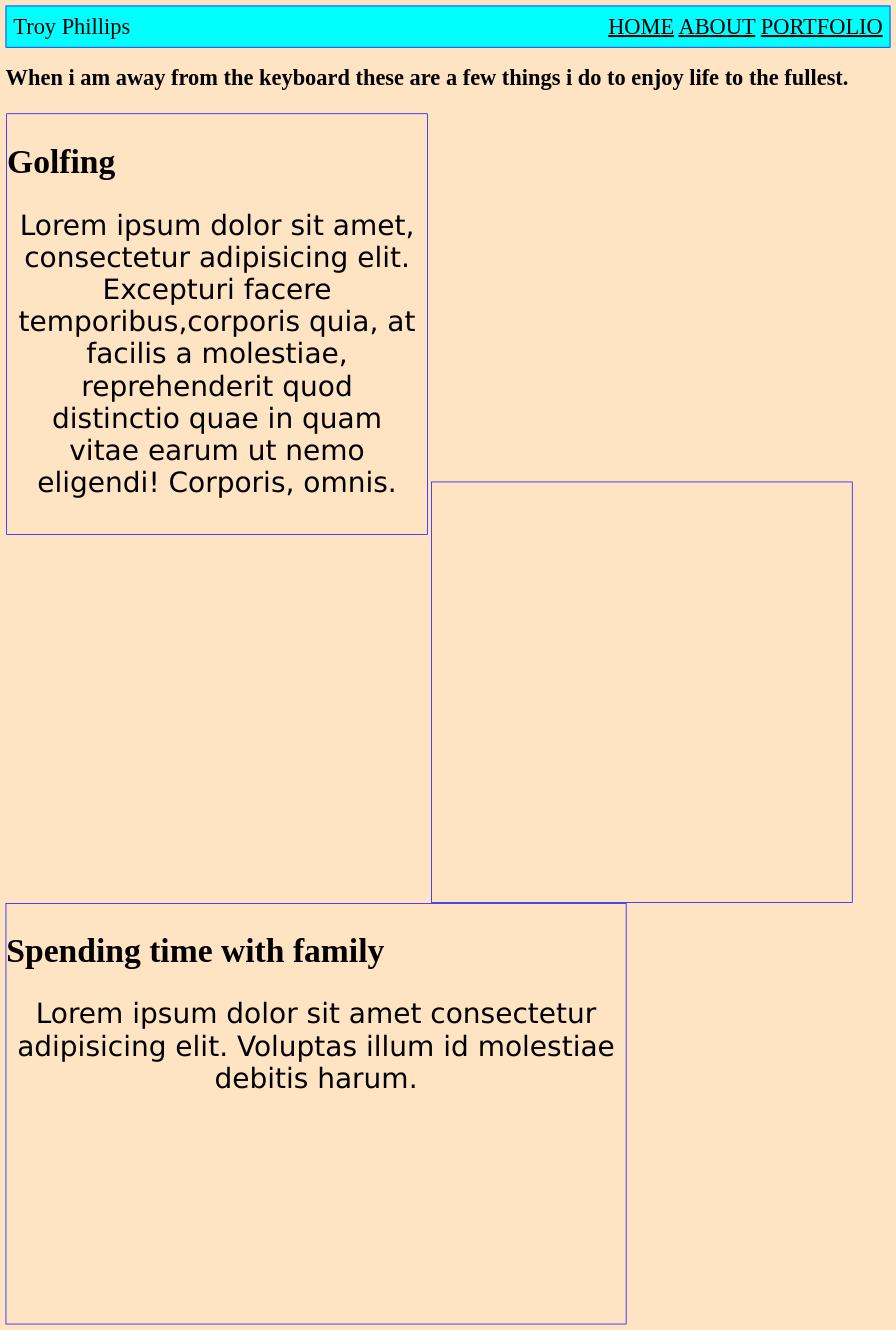
Repository: TheTroyPhillips/Personal-website
Page: about.html
The author's editor kept a copy of each file at every save. The page is drawn from the files as they stood at one save, then again after the next save.
The browser window is 1280 px wide. The pictures show the whole page, at 70% of full size.

Above is the page before, as saved 2023-09-10 23:01:48.
Not found: pexels-ashford-marx-6501725.jpg

After the next save:
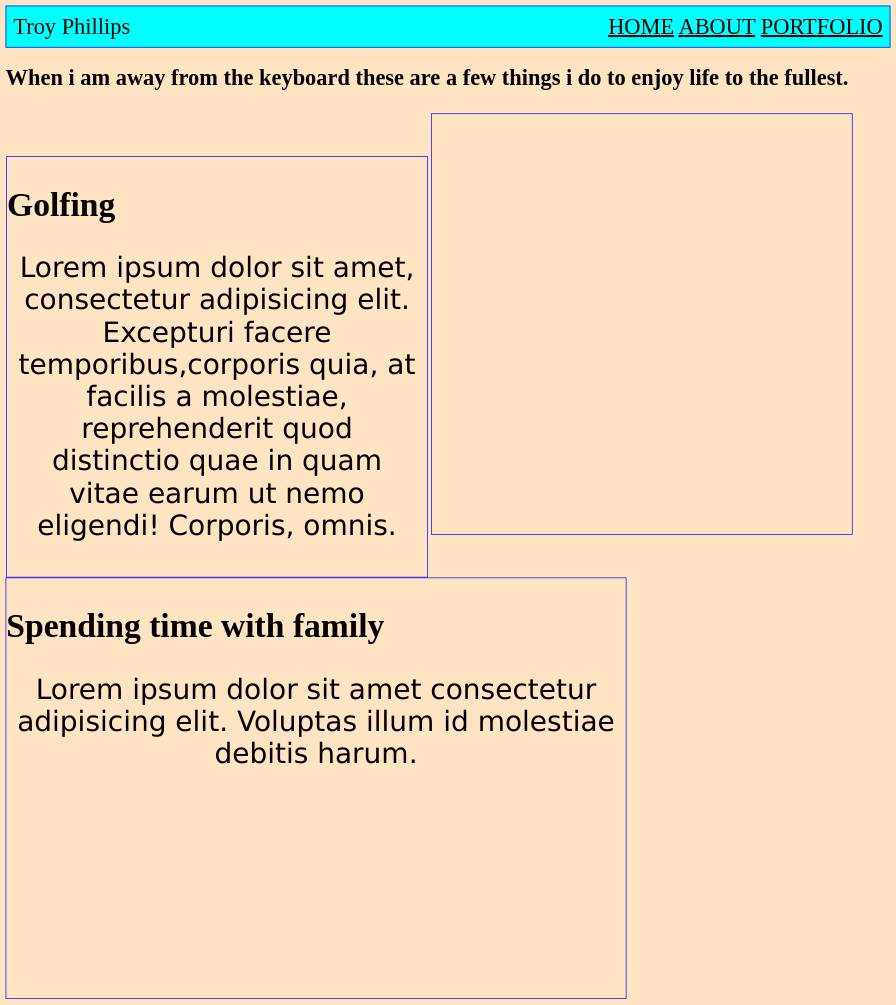
Saved 18 s later.
--- a/about.html
+++ b/about.html
@@ -25,7 +25,7 @@
                       distinctio quae in quam vitae earum ut nemo eligendi! Corporis, omnis.</p>
          </div>
          <div class="childb">
-            <img src="pexels-ashford-marx-6501725.jpg" alt="">
+
         </div>
          <div class="childb1">
             <section>
